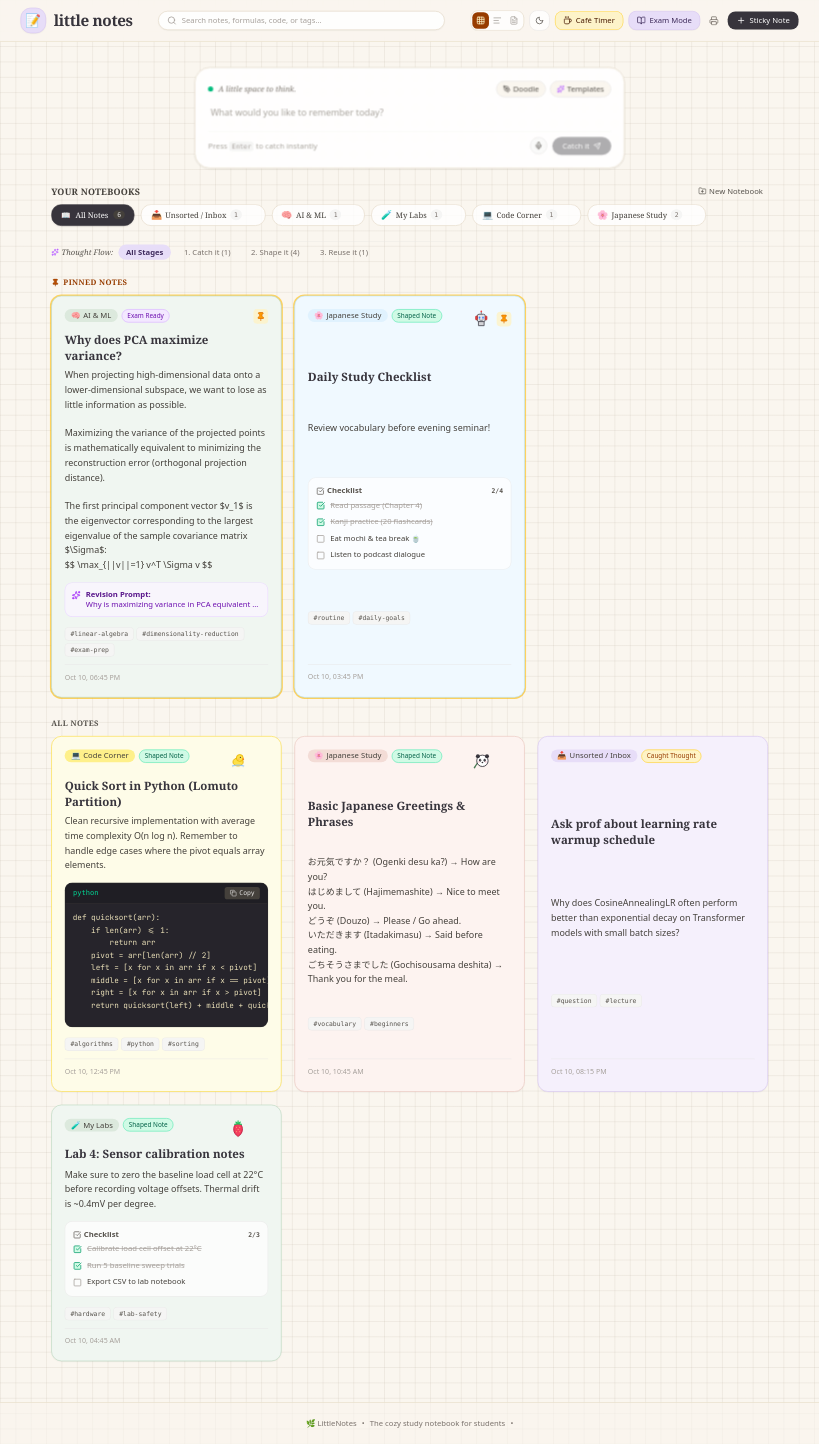
Repository: NourImen-cloud/LittleNotes
Page: /
These files come from the project's save history. The page is drawn as it stood at one moment and after the next save; the edit follows.
The browser window is 1280 px wide. The pictures show the whole page, at 64% of full size.
Some web fonts or font styles are not loaded; a fallback is used. The project was rebuilt for these pictures with package versions that can differ from the ones it lists, and the page was loaded fresh each time. Also part of the build but not shown: vite.config.ts, src/components/StickyNotePickerModal.tsx, src/components/EditNoteModal.tsx, src/components/RevisionModal.tsx, src/utils/audio.ts, src/components/StudyTimerModal.tsx, src/components/DoodleCanvasModal.tsx.

Above is the page before, as saved 2026-10-11 15:49:42.

After the next save:
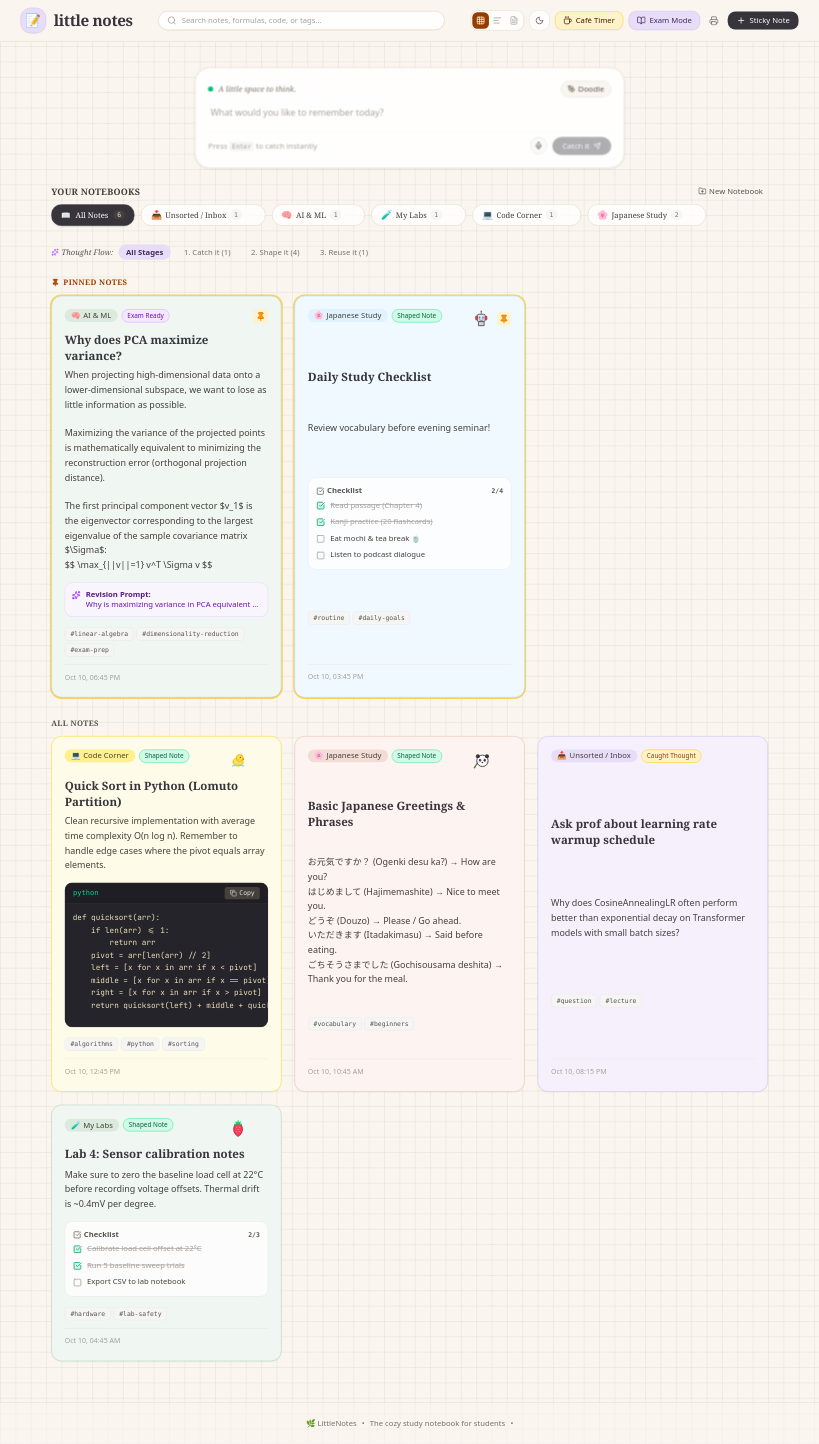
Saved 9 min 1 s later.
--- a/src/components/QuickCapture.tsx
+++ b/src/components/QuickCapture.tsx
@@ -131,13 +131,6 @@ export const QuickCapture: React.FC<Props> = ({
               <span>Doodle</span>
             </button>
 
-            <button
-              onClick={onOpenTemplates}
-              className="flex items-center gap-1 text-xs px-2.5 py-1 rounded-full bg-[#FAF6EF] hover:bg-[#E7DDF8] text-stone-600 hover:text-stone-900 border border-stone-200 transition font-medium cursor-pointer"
-            >
-              <Sparkles size={12} className="text-purple-500" />
-              <span>Templates</span>
-            </button>
           </div>
         </div>
 
